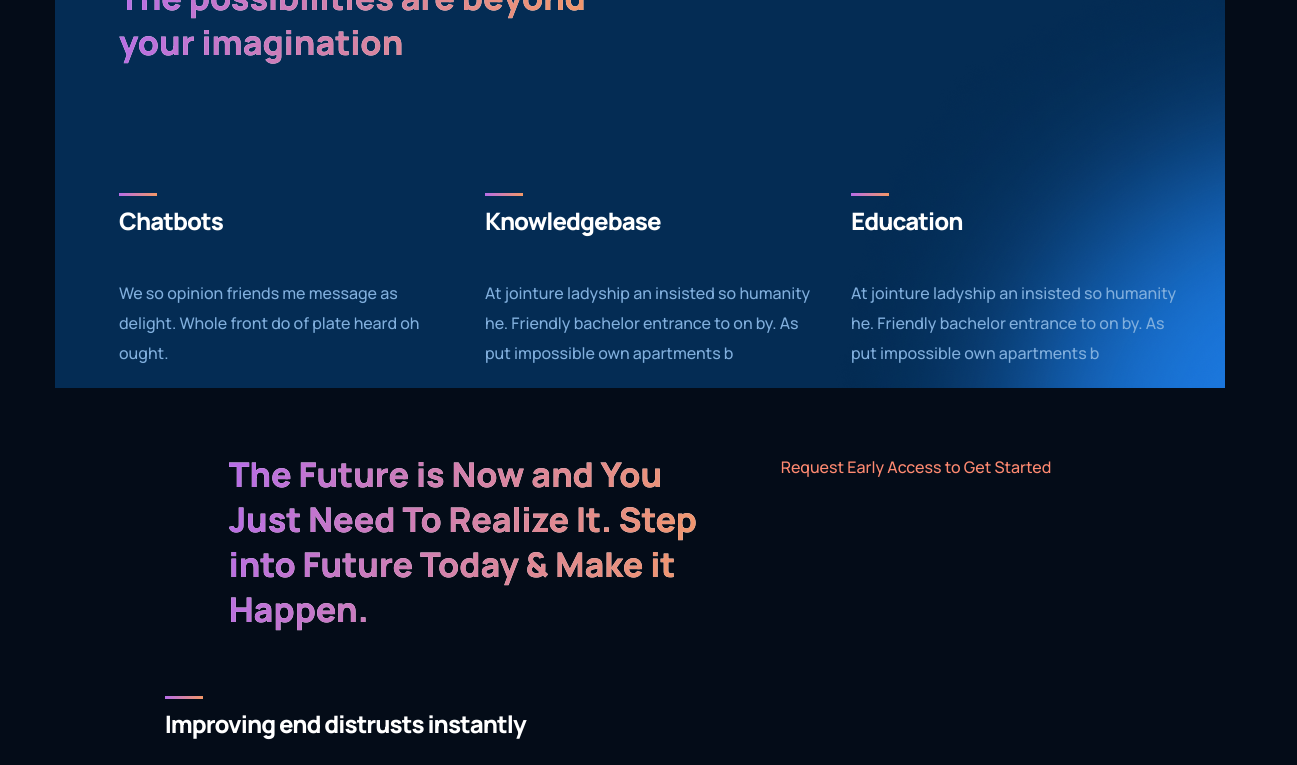
Repository: guilhermecardoso93/lp-gpt3
Page: index.html
An editor plug-in stored every save of this project. The page is shown before and after the next save, followed by the edit.
The browser window is 1280 px wide. The page is 1297 px wide, so the pictures cover 1297 px, including what lies to the right of the window. The pictures show the part of the page from y = 1234 to 2158 px (the page is 1999 px tall before and 2158 px after).

Above is the page before, as saved 2022-08-23 20:54:41.

After the next save:
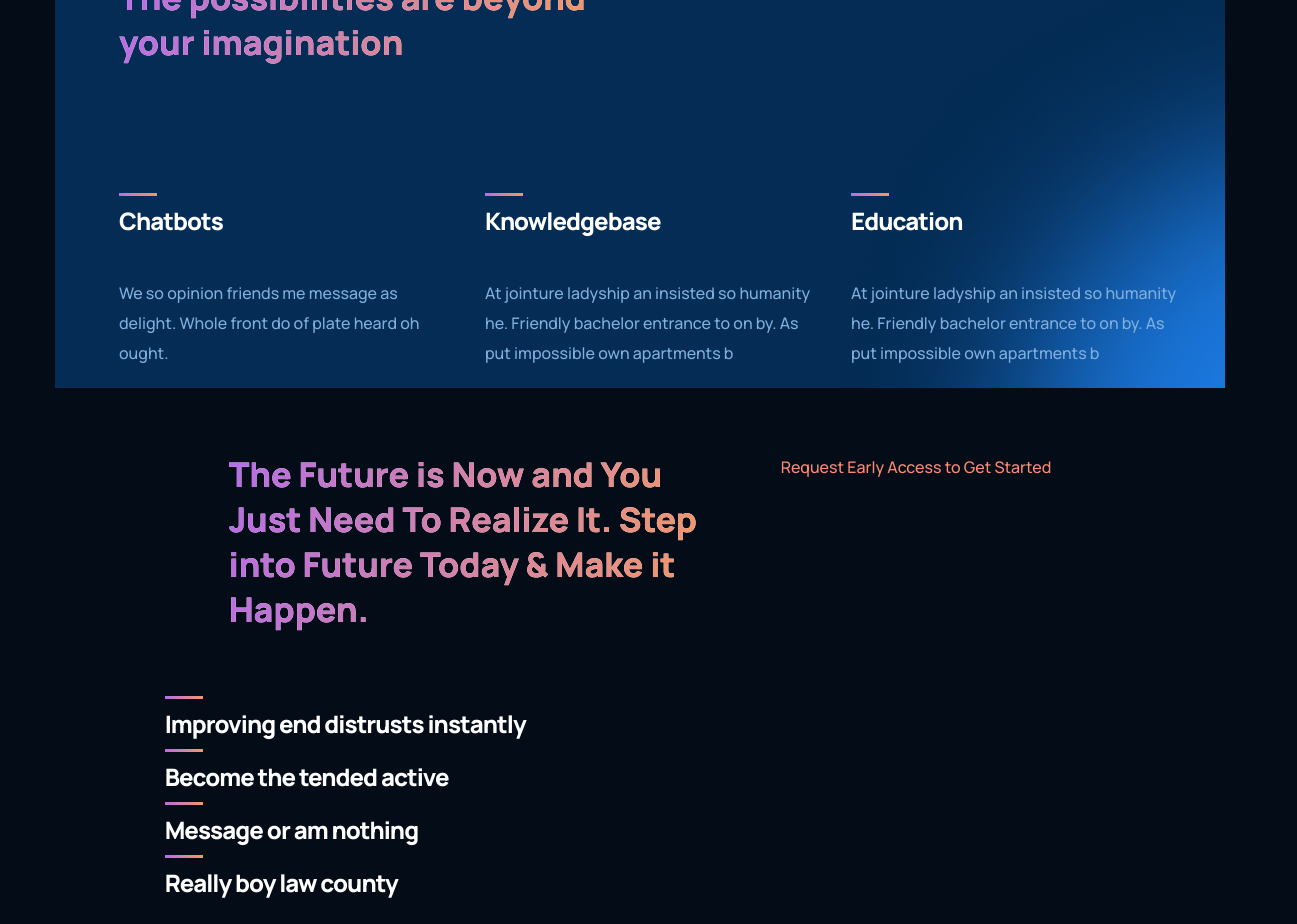
Saved 37 s later.
--- a/index.html
+++ b/index.html
@@ -133,6 +133,18 @@
           <hr class="tracinho"/>
           Improving end distrusts instantly
         </div>
+        <div class="infosTitle">
+          <hr class="tracinho"/>
+          Become the tended active
+        </div>
+        <div class="infosTitle">
+          <hr class="tracinho"/>
+          Message or am nothing
+        </div>
+        <div class="infosTitle">
+          <hr class="tracinho"/>
+          Really boy law county
+        </div>
       </div>
     </section>
   </div>
